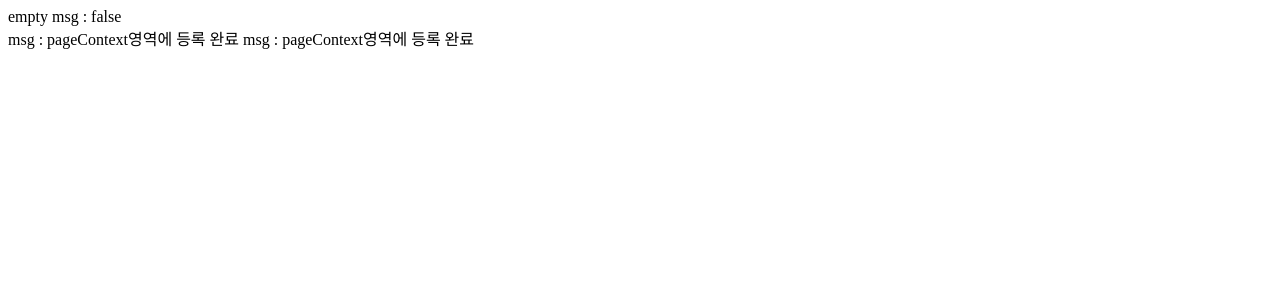
Repository: cdj6995/Web
Page: http://localhost/Lecture-Web/jsp/el/exam03.jsp
These files come from the project's save history. The page is drawn as it stood at one moment and after the next save; the edit follows.
The browser window is 1280 px wide. The pictures show the whole page.
The page is served by Tomcat 9.

Above is the page before, as saved 2022-06-07 02:17:39.

After the next save:
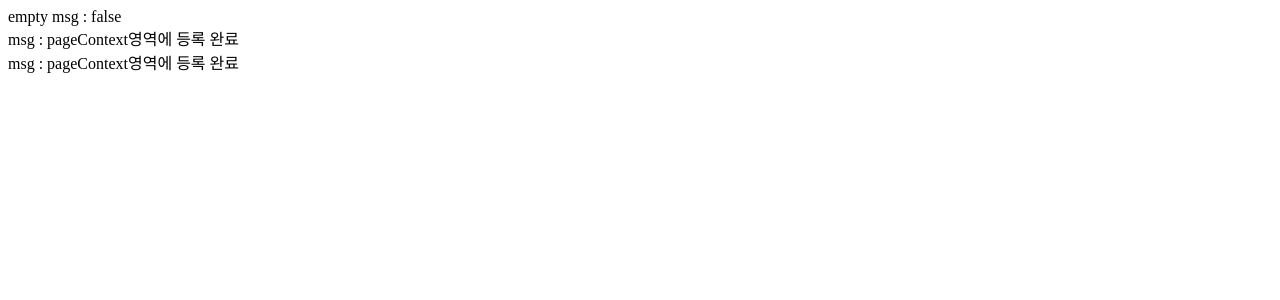
Saved 6 s later.
--- a/Lecture-Web/src/main/webapp/jsp/el/exam03.jsp
+++ b/Lecture-Web/src/main/webapp/jsp/el/exam03.jsp
@@ -19,7 +19,7 @@
 		El 공유영역 4가지 : pageScope, requestScope, sessionScope, applicationScope
 	 --%>
 	empty msg : ${ empty msg }<br>
-	msg : <%= pageContext.getAttribute("msg") %>
+	msg : <%= pageContext.getAttribute("msg") %><br>
 
 	msg : ${ msg }<br>
 </body>
